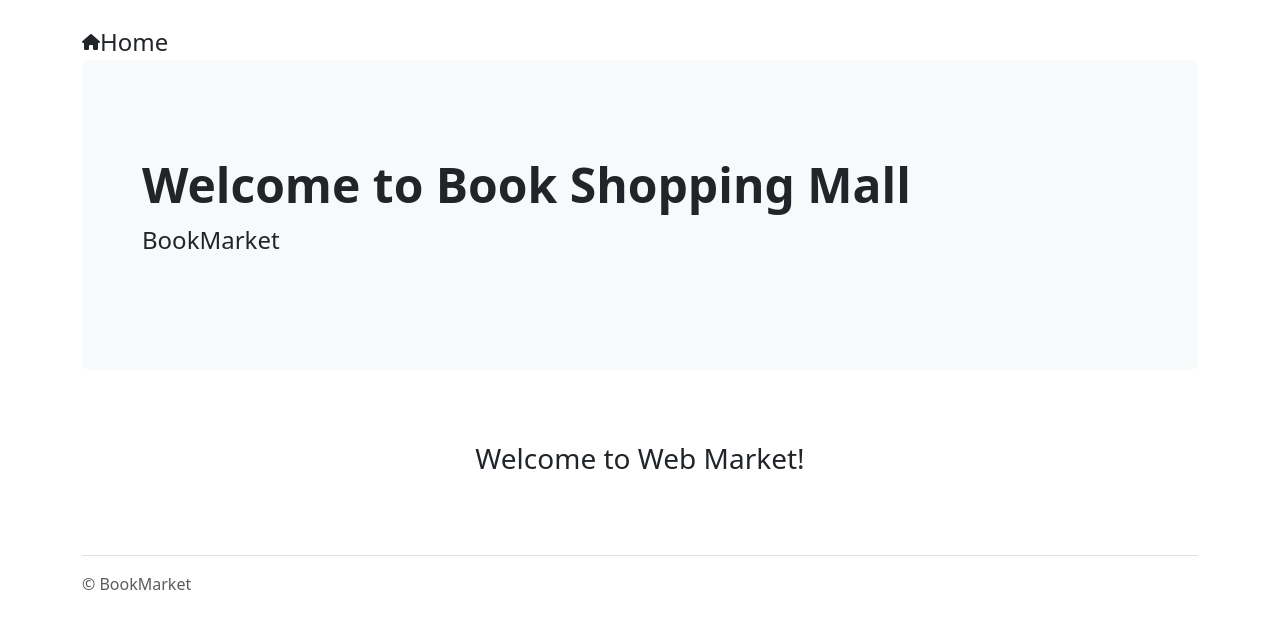
Repository: byeolchorong/ITedunet
Page: http://localhost/BookMarket/welcome.jsp
An editor plug-in stored every save of this project. The page is shown before and after the next save, followed by the edit.
The browser window is 1280 px wide. The pictures show the whole page.
Some web libraries are served in a nearby version. The page is served by Tomcat 10. Nobody is signed in. The application's start-up code is not run. Other server files are loaded and not shown.

Above is the page before, as saved 2025-05-22 00:46:14.

### JSP/BookMarket/src/main/webapp/welcome.jsp
<%@ page language="java" contentType="text/html; charset=UTF-8"
    pageEncoding="UTF-8"%>
<!DOCTYPE html>
<html>
<head>
 <link href="https://cdn.jsdelivr.net/npm/bootstrap@5.3.6/dist/css/bootstrap.min.css" rel="stylesheet">
<script src="https://kit.fontawesome.com/705381df09.js" crossorigin="anonymous"></script>
<meta charset="UTF-8">
<title>Insert title here</title>
</head>
<body>
	<div class="container py-4">
		<header>
			<a href="./welcome.jsp" class="d-flex align-items-center text-dark text-decoration-none">
				<i class="fa-solid fa-house"></i>
				<span class="fs-4">Home</span>
			</a>
		</header>

		<%! String greeting = "Welcome to Book Shopping Mall";
		String tagline = "Welcome to Web Market!";%>

		<div class="p-5 mb-4 bg-body-tertiary rounded-3">
			<div class="container-fluid py-5">
				<h1 class="display-5 fw-bold"><%= greeting %></h1>
				<p class="col-md-8 fs-4"> BookMarket</p>
			</div>
		</div>

		<div class="row align-items-md-stretch text-center">
			<div class="col-md-12">
				<div class="h-100 p-5">
					<h3><%= tagline %></h3>
				</div>
			</div>
		</div>

		<footer class="pt-3 mt-4 text-body-secondary border-top">
			&copy; BookMarket
		</footer>

	</div>
</body>
</html>

After the next save:
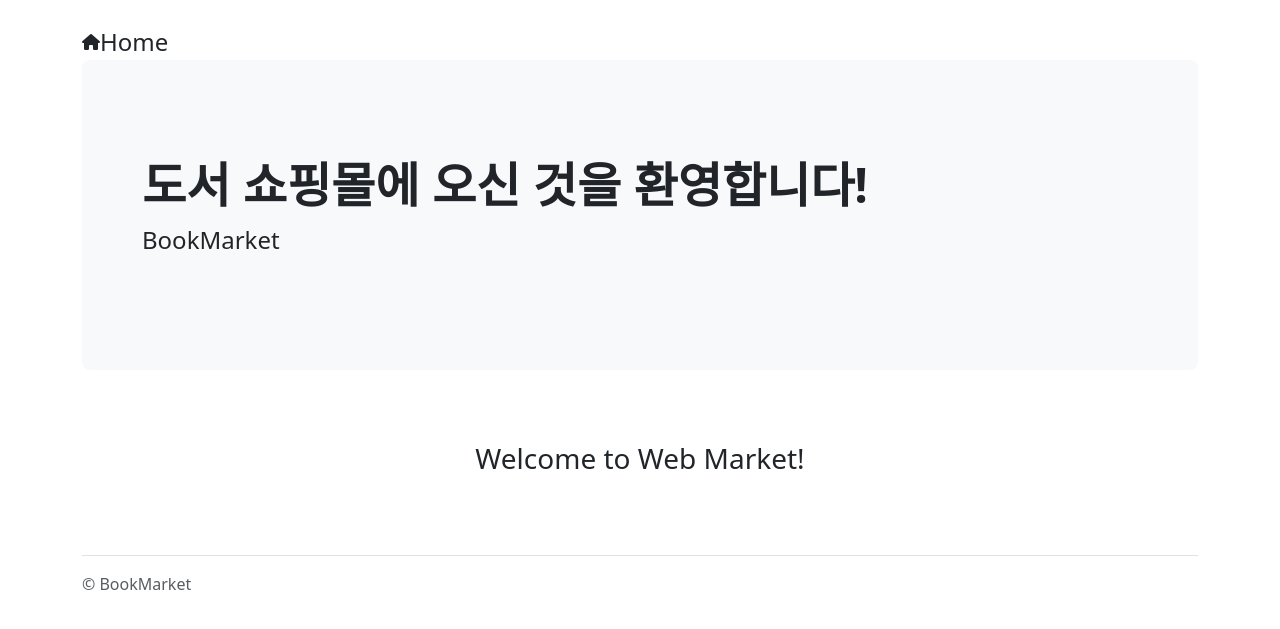
Saved 46 min 54 s later.
--- a/JSP/BookMarket/src/main/webapp/welcome.jsp
+++ b/JSP/BookMarket/src/main/webapp/welcome.jsp
@@ -17,7 +17,7 @@
 			</a>
 		</header>
 
-		<%! String greeting = "Welcome to Book Shopping Mall";
+		<%! String greeting = "도서 쇼핑몰에 오신 것을 환영합니다!";
 		String tagline = "Welcome to Web Market!";%>
 
 		<div class="p-5 mb-4 bg-body-tertiary rounded-3">
